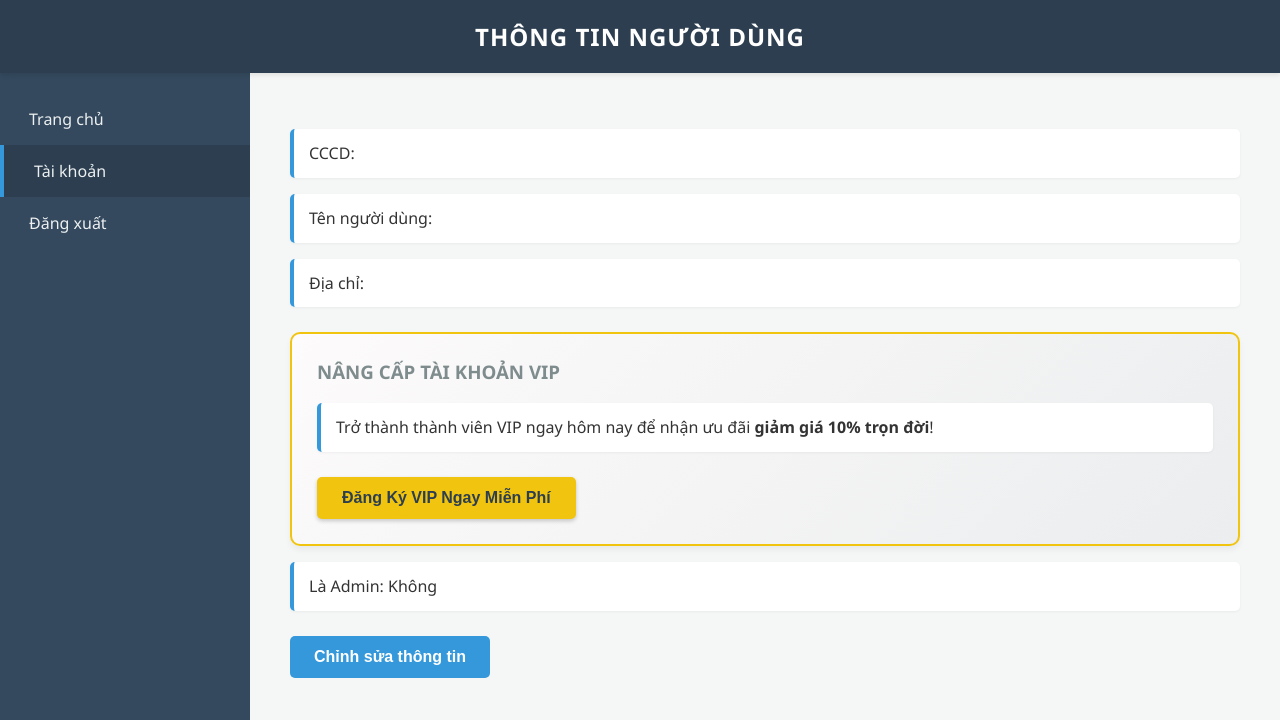
Repository: Chien02/SOAProjects
Page: http://localhost/QuanLyHangHoaWebClient/userInfo.jsp
These files come from the project's save history. The page is drawn as it stood at one moment and after the next save; the edit follows.
The browser window is 1280 px wide. The pictures show the whole page.
The page is served by Tomcat 9. Nobody is signed in. The application's start-up code is not run. The template is opened directly, without the code that normally fills it, so the values that code supplies are empty.

Above is the page before, as saved 2026-03-24 02:09:37.

After the next save:
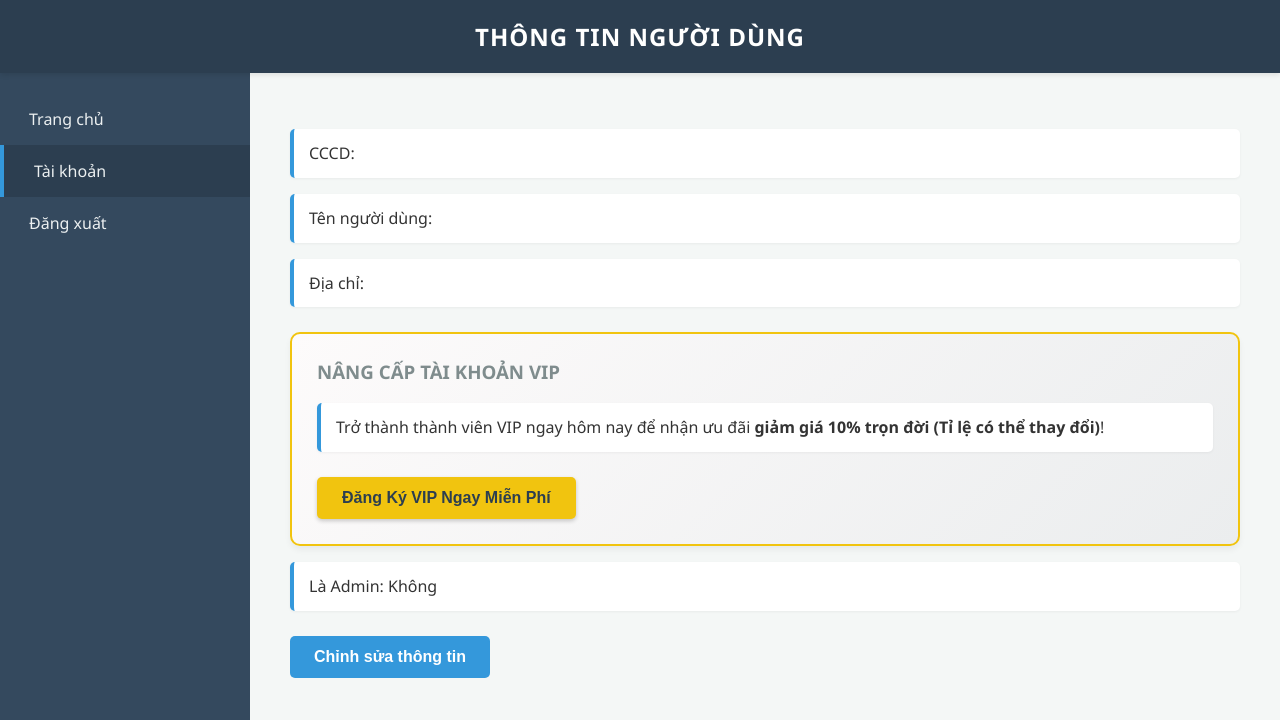
Saved 18 s later.
--- a/QuanLyHangHoaWebClient/WebContent/userInfo.jsp
+++ b/QuanLyHangHoaWebClient/WebContent/userInfo.jsp
@@ -42,7 +42,7 @@
 			        </c:when>
 			        <c:otherwise>
 			            <h3 style="color: #7f8c8d; margin-top: 0;"> NÂNG CẤP TÀI KHOẢN VIP</h3>
-			            <p>Trở thành thành viên VIP ngay hôm nay để nhận ưu đãi <strong>giảm giá 10% trọn đời</strong>!</p>
+			            <p>Trở thành thành viên VIP ngay hôm nay để nhận ưu đãi <strong>giảm giá 10% trọn đời (Tỉ lệ có thể thay đổi)</strong>!</p>
 			            <form action="customer" method="POST" style="display: inline-block;">
 			                <input type="hidden" name="action" value="dangKyVip">
 			                <button type="submit" style="background-color: #f1c40f; color: #2c3e50; font-weight: bold; padding: 12px 25px; border: none; border-radius: 5px; cursor: pointer; box-shadow: 0 2px 4px rgba(0,0,0,0.2);">
